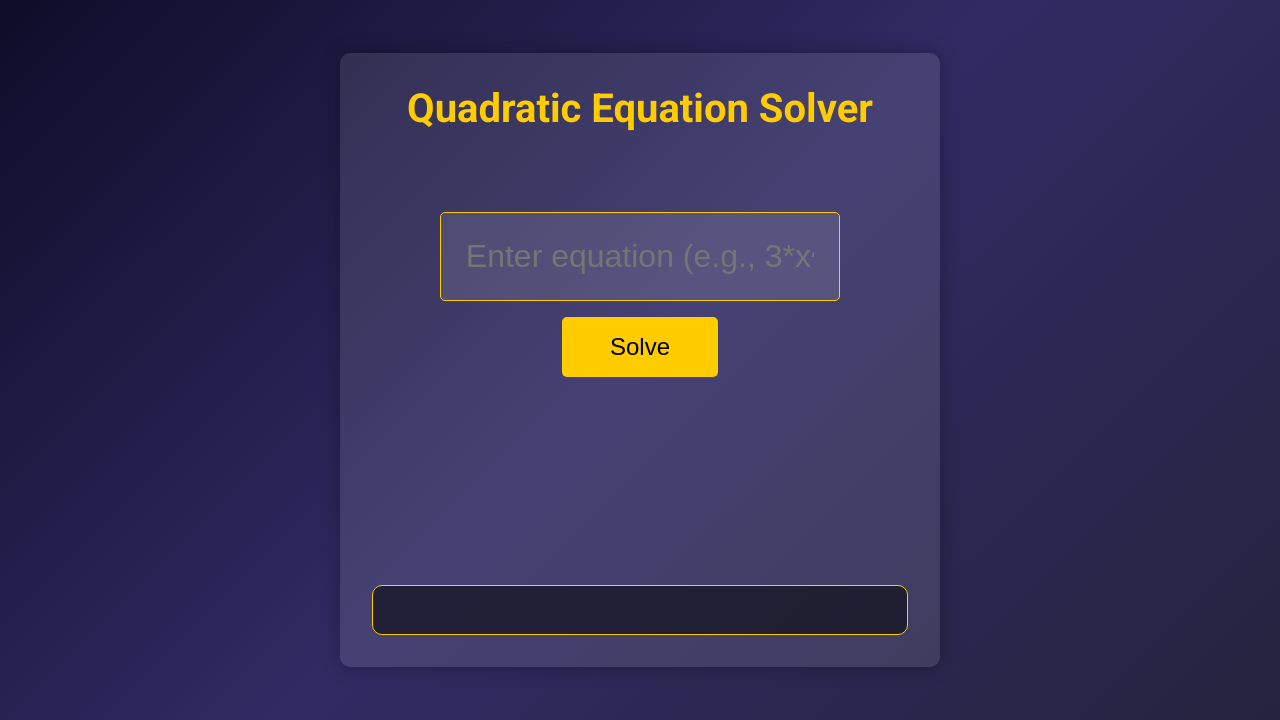
Repository: ngl-ankit/equation-solver
Page: index.html
These files come from the project's save history. The page is drawn as it stood at one moment and after the next save; the edit follows.
The browser window is 1280 px wide. The pictures show the whole page.

Above is the page before, as saved 2024-07-08 11:16:23.

### index.html
<!DOCTYPE html>
<html lang="en">
  <head>
    <meta charset="UTF-8" />
    <meta name="viewport" content="width=device-width, initial-scale=1.0" />
    <title>Quadratic Equation Solver</title>
    <link rel="stylesheet" href="styles.css" />
  </head>
  <body>
    <div class="container">
      <h1>Quadratic Equation Solver</h1>
      <div class="form-container">
        <form id="equation-form">
          <input
            type="text"
            id="equation-input"
            placeholder="Enter equation (e.g., 3*x^2 + 5*x - 2 = 0)"
            required
          />
          <button type="submit" class="solve-btn">Solve</button>
        </form>
      </div>
      <div id="results" class="results"></div>
    </div>
    <script src="script.js"></script>
  </body>
</html>

### styles.css
@import url("https://fonts.googleapis.com/css2?family=Roboto:wght@400;700&display=swap");

* {
  margin: 0;
  padding: 0;
  box-sizing: border-box;
}

body {
  display: flex;
  justify-content: center;
  align-items: center;
  height: 100vh;
  font-family: "Roboto", sans-serif;
  background: linear-gradient(135deg, #0f0c29, #302b63, #24243e);
  color: #fff;
}

.container {
  max-width: 600px;
  width: 90%;
  background: rgba(255, 255, 255, 0.1);
  padding: 2rem;
  border-radius: 10px;
  box-shadow: 0 0 20px rgba(0, 0, 0, 0.3);
  text-align: center;
}

h1 {
  font-size: 2.5rem;
  margin-bottom: 5rem;
  color: #ffcc00;
}

.form-container {
  margin-bottom: 13rem;
}

form {
  display: flex;
  flex-direction: column;
  align-items: center;
}

input[type="text"] {
  width: 100%;
  max-width: 400px;
  padding: 1.55rem;
  border: 1px solid #ffcc00;
  border-radius: 5px;
  background: rgba(255, 255, 255, 0.1);
  color: #fff;
  font-size: 2rem;
  margin-bottom: 1rem;
  transition: background-color 0.3s, border-color 0.3s;
}

input[type="text"]:hover,
input[type="text"]:focus {
  background-color: rgba(255, 255, 255, 0.2);
  border-color: #ff9900;
}

button.solve-btn {
  padding: 1rem 3rem;
  border: none;
  background-color: #ffcc00;
  color: #000;
  border-radius: 5px;
  cursor: pointer;
  transition: background-color 0.3s, transform 0.3s;
  font-size: 1.5rem;
  outline: none;
}

button.solve-btn:hover {
  background-color: #ff9900;
  transform: scale(1.08);
}

.results {
  background: rgba(0, 0, 0, 0.5);
  border: 1px solid #ffcc00;
  border-radius: 10px;
  padding: 1.5rem;
  margin-top: 2rem;
  text-align: left;
  animation: fadeIn 0.5s ease-in-out;
}

.results p {
  font-size: 1rem;
  line-height: 1.6;
  margin-bottom: 1rem;
}

.solution-steps {
  margin-top: 1rem;
}

@keyframes fadeIn {
  from {
    opacity: 0;
  }
  to {
    opacity: 1;
  }
}

### script.js
document.getElementById('equation-form').addEventListener('submit', function (event) {
  event.preventDefault();
  const equation = document.getElementById('equation-input').value;
  const result = solveQuadraticEquation(equation);
  displayResults(result);
});

function solveQuadraticEquation(equation) {
  const trimmedEquation = equation.replace(/\s/g, ''); // Remove all whitespace
  const regex = /^([-+]?\d*\.?\d*)\*?x\^2([-+]?\d*\.?\d*)\*?x([-+]?\d*\.?\d*)=?0$/;
  const matches = trimmedEquation.match(regex);

  if (!matches) {
    return { equation, error: 'Invalid equation format' };
  }

  const a = parseFloat(matches[1]) || 1;
  const b = parseFloat(matches[2]) || 0;
  const c = parseFloat(matches[3]) || 0;

  const discriminant = b * b - 4 * a * c;

  let solutions = [];
  let solutionSteps = [];

  solutionSteps.push(`Given equation: ${equation}`);

  solutionSteps.push(`Step 1: Calculate Discriminant (D) = ${b}^2 - 4 * ${a} * ${c}`);
  solutionSteps.push(`D = ${discriminant}`);

  if (discriminant > 0) {
    const x1 = (-b + Math.sqrt(discriminant)) / (2 * a);
    const x2 = (-b - Math.sqrt(discriminant)) / (2 * a);
    solutions = [x1, x2];
    solutionSteps.push(`Step 2: Apply the Quadratic Formula:`);
    solutionSteps.push(`x1 = (-${b} + √${discriminant}) / (2 * ${a}) = ${x1}`);
    solutionSteps.push(`x2 = (-${b} - √${discriminant}) / (2 * ${a}) = ${x2}`);
  } else if (discriminant === 0) {
    const x = -b / (2 * a);
    solutions = [x];
    solutionSteps.push(`Step 2: Apply the Quadratic Formula:`);
    solutionSteps.push(`x = -${b} / (2 * ${a}) = ${x}`);
  } else {
    solutionSteps.push(`Step 2: Since D < 0, no real solutions exist.`);
  }

  return {
    equation,
    solutions,
    discriminant,
    solutionSteps
  };
}

function displayResults(result) {
  const resultsDiv = document.getElementById('results');
  resultsDiv.innerHTML = `
    <h2>Results:</h2>
    <div class="solution-steps">
      ${result.solutionSteps.map(step => `<p>${step}</p>`).join('')}
    </div>
    <p><strong>Discriminant:</strong> ${result.discriminant}</p>
    ${result.solutions.length > 0 ? `
    <p><strong>Solutions:</strong> ${result.solutions.join(', ')}</p>` : ''}
  `;
}

After the next save:
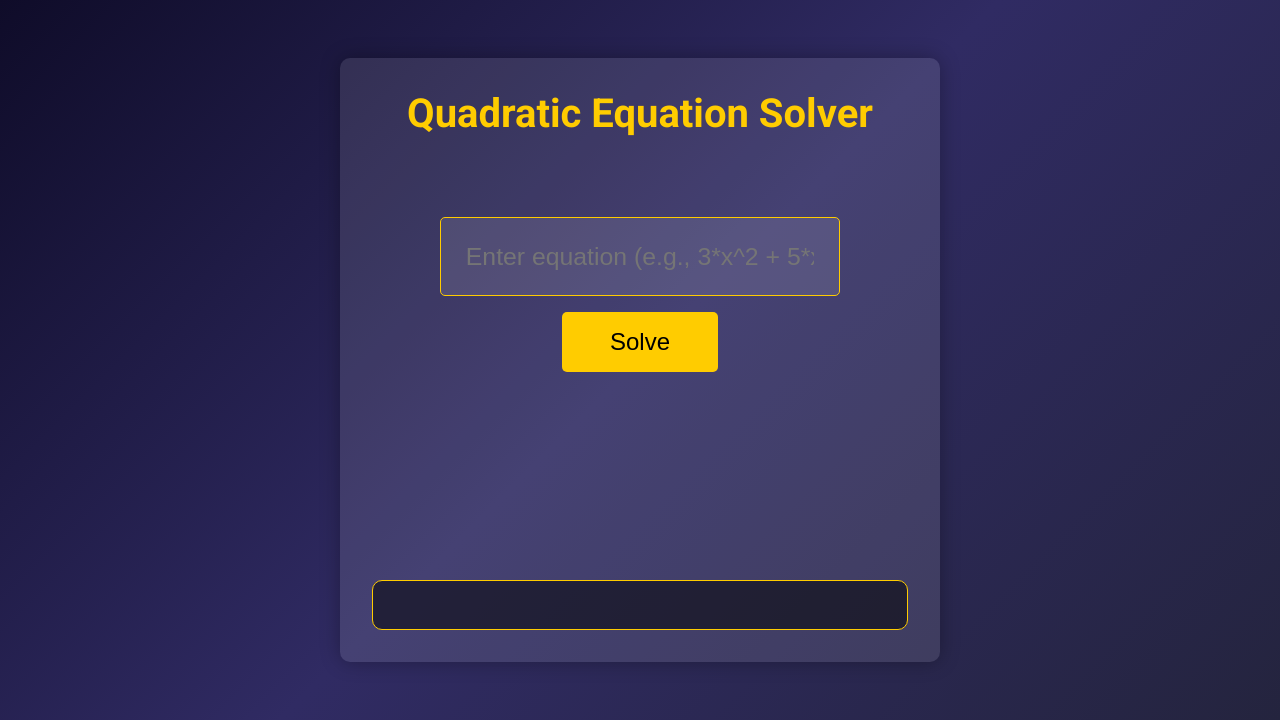
Saved 13 s later.
--- a/styles.css
+++ b/styles.css
@@ -50,7 +50,7 @@ input[type="text"] {
   border-radius: 5px;
   background: rgba(255, 255, 255, 0.1);
   color: #fff;
-  font-size: 2rem;
+  font-size: 1.55rem;
   margin-bottom: 1rem;
   transition: background-color 0.3s, border-color 0.3s;
 }
